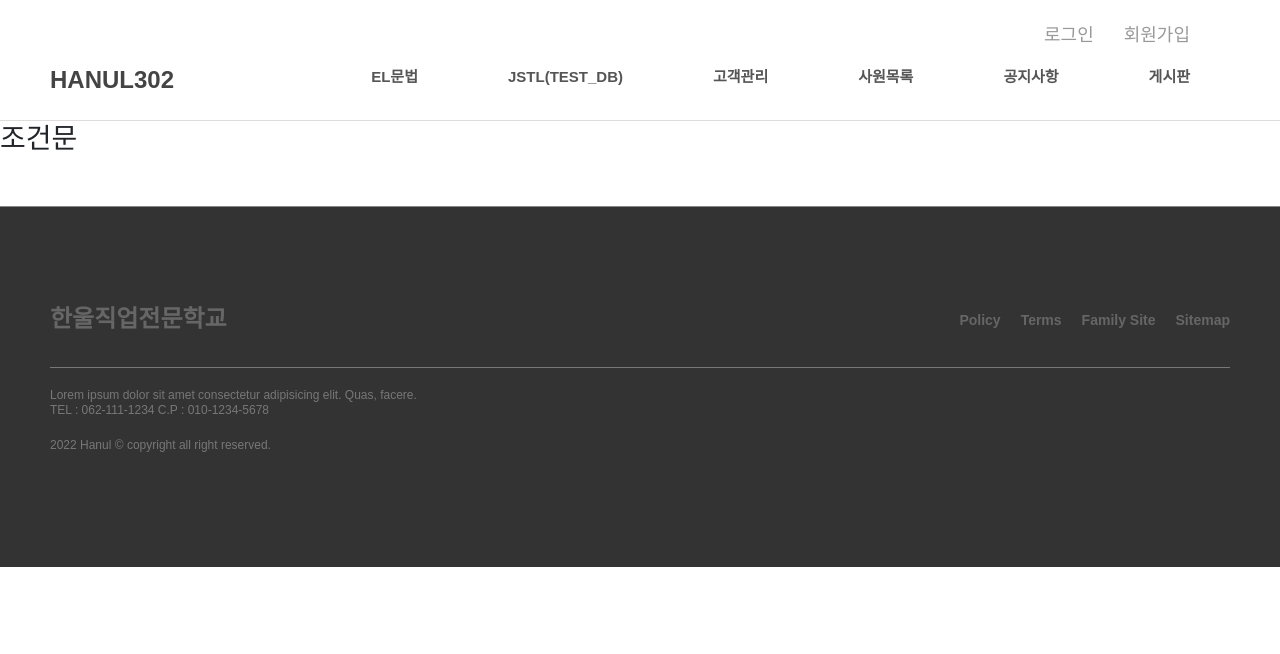
Repository: Xeyeong/servlet
Page: http://localhost/05.MiniProject/el/control.jsp
These files come from the project's save history. The page is drawn as it stood at one moment and after the next save; the edit follows.
The browser window is 1280 px wide. The pictures show the whole page.
Some web libraries are served in a nearby version. The page is served by Tomcat 9.

Above is the page before, as saved 2022-09-22 00:40:18.

After the next save:
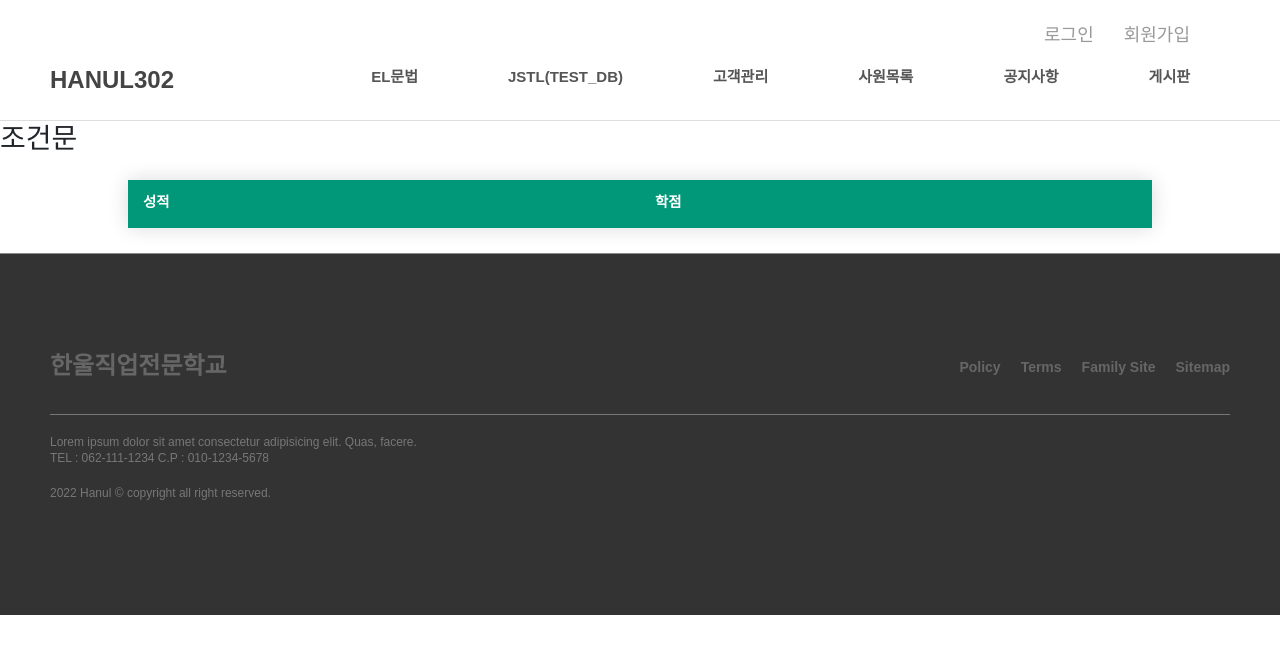
Saved 24 s later.
--- a/05.MiniProject/src/main/webapp/el/control.jsp
+++ b/05.MiniProject/src/main/webapp/el/control.jsp
@@ -12,7 +12,10 @@
 	<h3>조건문</h3>
 	<c:set var="score" value="85" />
 	<table class="styled-table">
-
+		<tr>
+			<th>성적</th>
+			<th>학점</th>
+		</tr>
 	</table>
 
 
